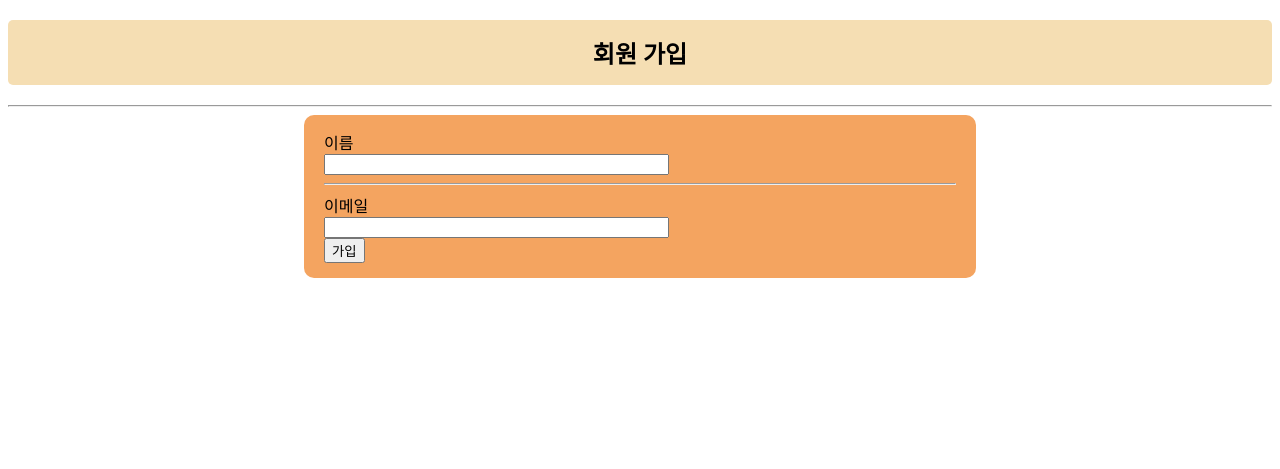
Repository: sensival/4-2-swaPractice
Page: Myworkspace/swa01/src/main/webapp/wk02/regform.html
The author's editor kept a copy of each file at every save. The page is drawn from the files as they stood at one save, then again after the next save.
The browser window is 1280 px wide. The pictures show the whole page.

Above is the page before, as saved 2024-10-08 05:56:39.

After the next save:
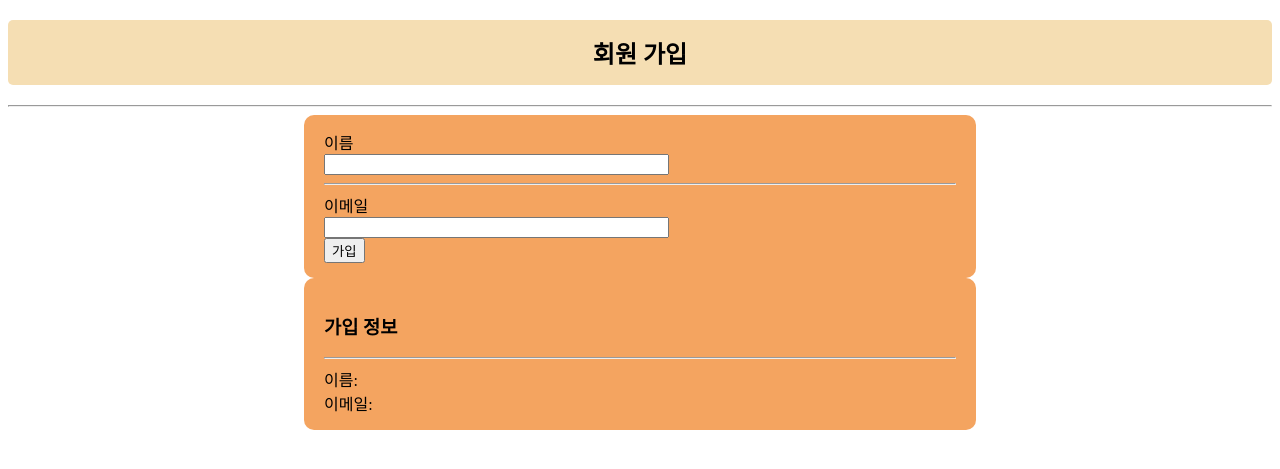
Saved 52 s later.
--- a/Myworkspace/swa01/src/main/webapp/wk02/regform.html
+++ b/Myworkspace/swa01/src/main/webapp/wk02/regform.html
@@ -33,5 +33,10 @@
 			<button type="button" onClick="signUp()">가입</button>
 		</form>
 	</div>
+	<div id="result" class="result">
+		<h3>가입 정보</h3>
+		<hr>
+		이름: <span id="rname"></span><br> 이메일: <span id="remail"></span><br>
+	</div>
 </body>
 </html>

After the save that followed:
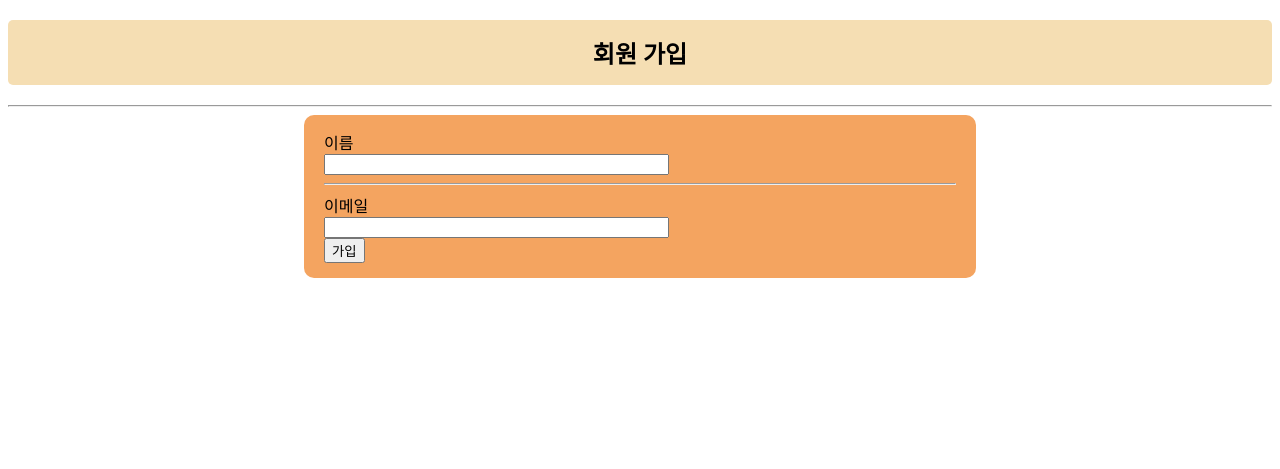
Saved 29 s later.
--- a/Myworkspace/swa01/src/main/webapp/wk02/regform.html
+++ b/Myworkspace/swa01/src/main/webapp/wk02/regform.html
@@ -6,20 +6,19 @@
 </head>
 <style>
 h2 {
-border-radius: 5px;
-background-color: wheat;
-text-align: center;
-padding: 15px 0;
+	border-radius: 5px;
+	background-color: wheat;
+	text-align: center;
+	padding: 15px 0;
 }
 
 #regform, #result {
-padding: 15px 20px;
-border-radius: 10px;
-margin: auto;
-width: 50%;
-background-color: SandyBrown;
+	padding: 15px 20px;
+	border-radius: 10px;
+	margin: auto;
+	width: 50%;
+	background-color: SandyBrown;
 }
-
 </style>
 <body>
 	<h2>회원 가입</h2>
@@ -38,5 +37,8 @@
 		<hr>
 		이름: <span id="rname"></span><br> 이메일: <span id="remail"></span><br>
 	</div>
+	<script>
+		document.getElementById("result").style.display = "none";
+	</script>
 </body>
 </html>
